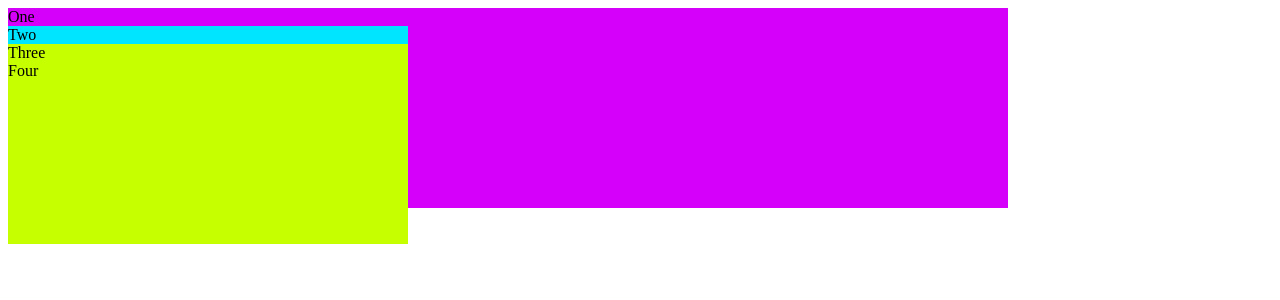
Repository: LavriaNeptune/css-basic
Page: position/z-index.html
These files come from the project's save history. The page is drawn as it stood at one moment and after a run of saves; the edit follows.
The browser window is 1280 px wide. The pictures show the whole page.

Above is the page before, as saved 2022-08-19 20:29:59.

After the next 2 saves:
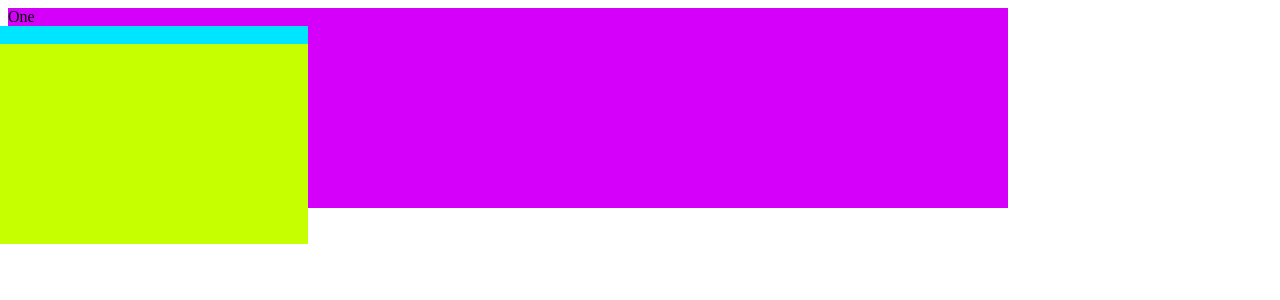
The 2 saves are shown as one change because they came seconds apart.
The last was saved 7 s later.
--- a/position/z-index.html
+++ b/position/z-index.html
@@ -12,6 +12,7 @@
         height: 200px;
         background-color: #00e5ff;
         position: relative;
+        right: 100px;
       }
       #three {
         width: 400px;
